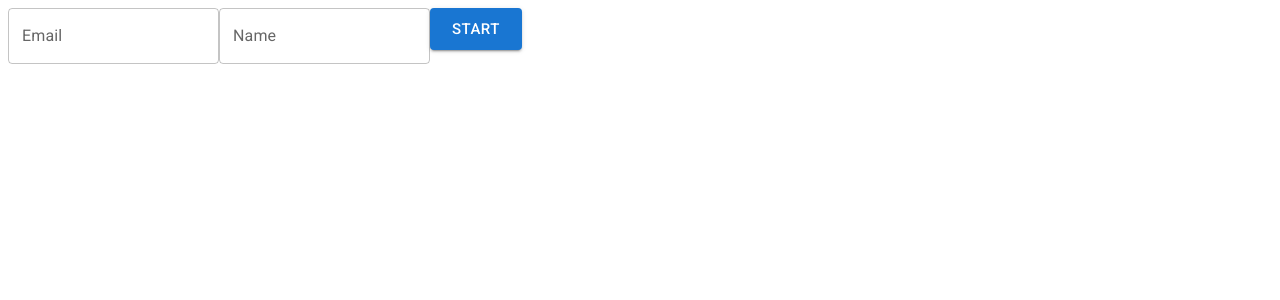
Repository: shikubro90/Quiz-App-React
Page: /
An editor plug-in stored every save of this project. The page is shown before and after a run of saves, followed by the edit.
The browser window is 1280 px wide. The pictures show the whole page.
The project was rebuilt for these pictures with package versions that can differ from the ones it lists, and the page was loaded fresh each time. Also part of the build but not shown: src/index.css, src/App.css.

Above is the page before, as saved 2022-06-25 01:32:24.

### src/App.js
import './App.css';
import Login from './components/Login';

function App() {
  return (
    <>
      <Login/>
    </>

  );
}

export default App;

### src/components/Login.jsx
import React from 'react';
import {Box, Button} from '@mui/material'
import { TextField } from '@mui/material';

const Login = () => {
    return (
        <Box sx={{
            '& .MuiTextField-root' : {

            }
        }}>
            <form noValidate>
                <TextField
                label="Email"
                name="email"
                variant='outlined'
                />

                <TextField
                label="Name"
                name="name"
                variant='outlined'
                />

                <Button
                type='submit'
                variant='contained'
                size='large'
                >Start</Button>
            </form>
        </Box>
    );
};

export default Login;

Loaded but not shown: public/index.html (common file); src/index.js (common file); src/reportWebVitals.js (common file)

After the next 2 saves:
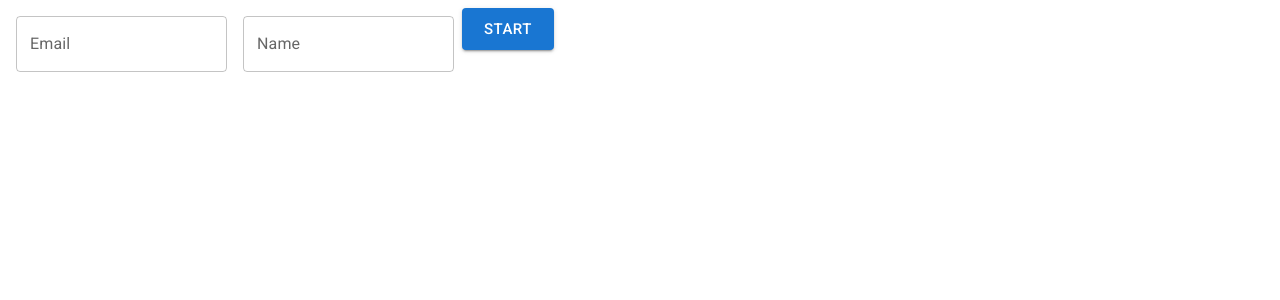
The 2 saves are shown as one change because they came seconds apart.
The last was saved 10 s later.
--- a/src/components/Login.jsx
+++ b/src/components/Login.jsx
@@ -6,7 +6,7 @@ const Login = () => {
     return (
         <Box sx={{
             '& .MuiTextField-root' : {
-
+                m:1
             }
         }}>
             <form noValidate>
